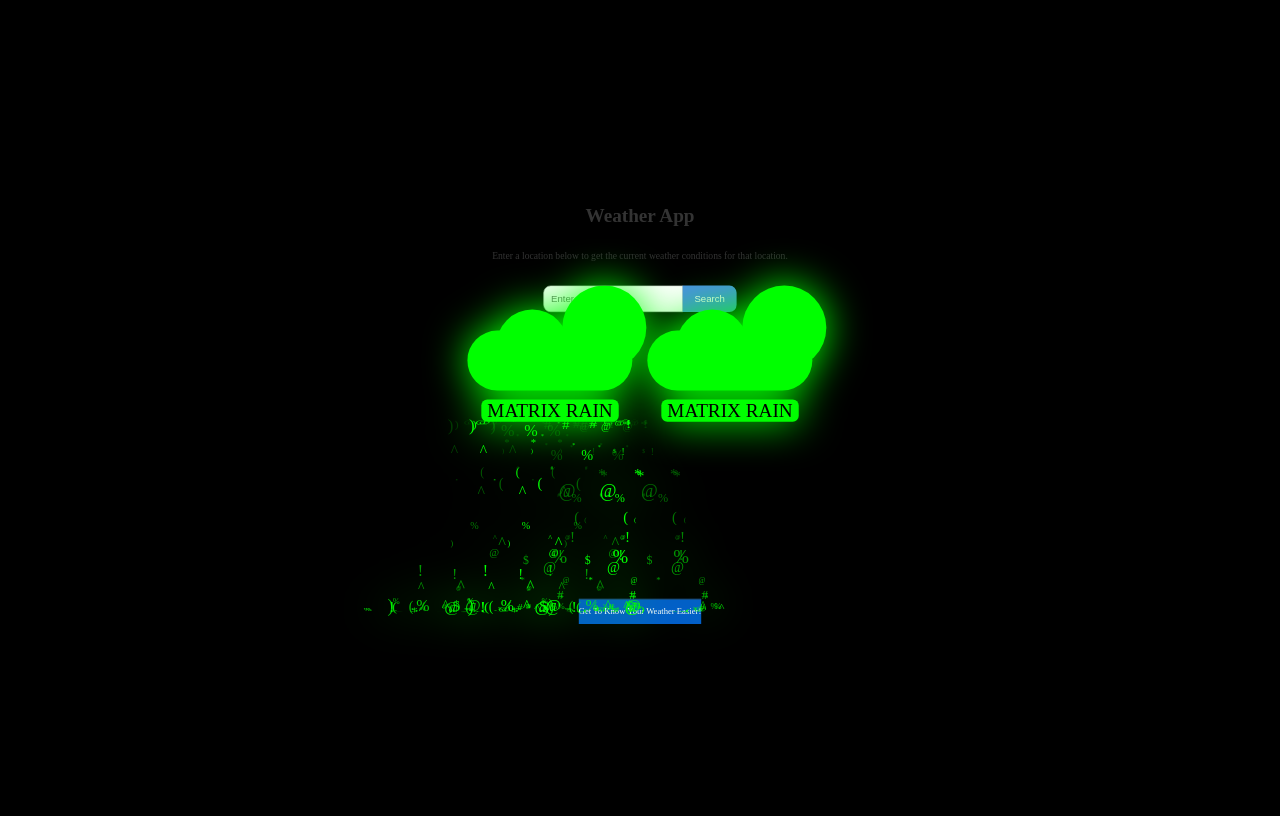
Repository: AlaaYou/Weather-App
Page: index.html
An editor plug-in stored every save of this project. The page is shown before and after the next save, followed by the edit.
The browser window is 1280 px wide. The pictures show the whole page.

Above is the page before, as saved 2024-10-20 23:43:02.

After the next save:
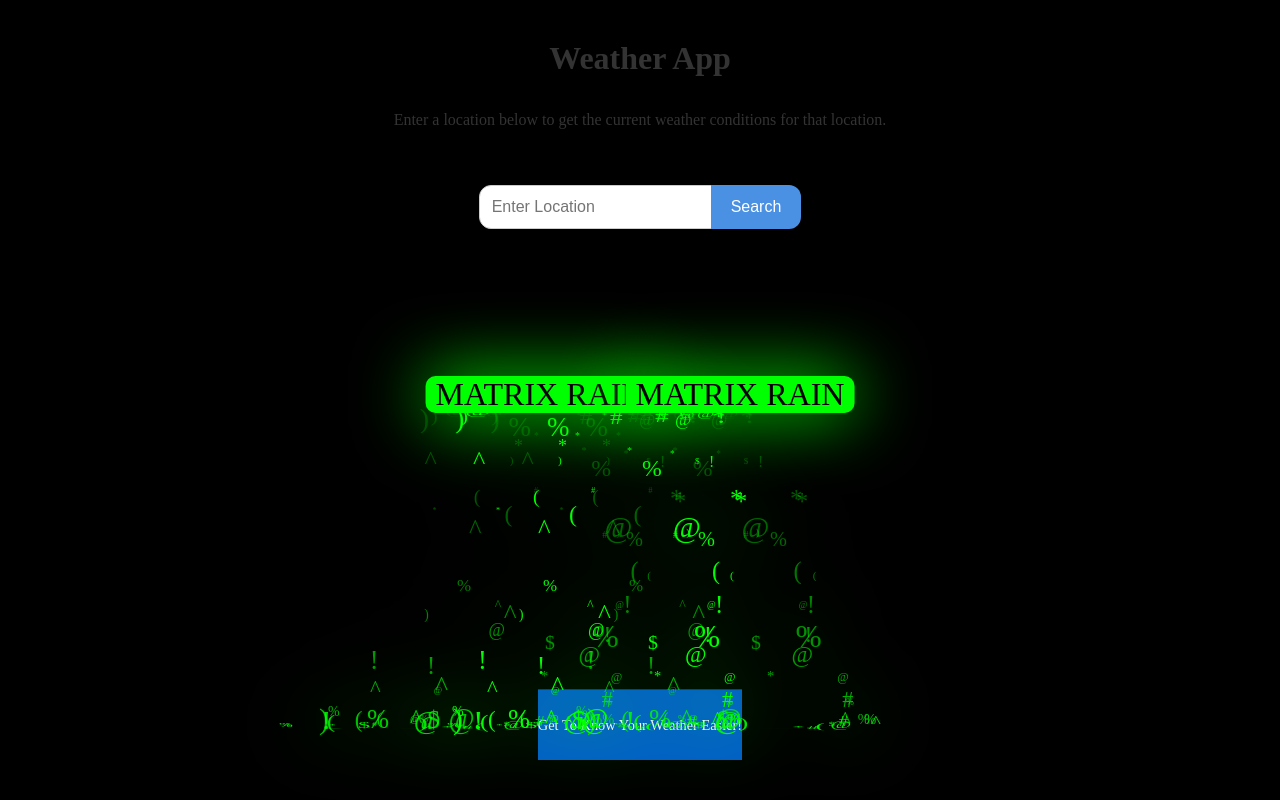
Saved 55 s later.
--- a/styles.css
+++ b/styles.css
@@ -1,12 +1,11 @@
 @import url('https://fonts.googleapis.com/css2?family=Poppins:ital,wght@0,100;0,200;0,300;0,400;0,500;0,600;0,700;0,800;0,900;1,100;1,200;1,300;1,400;1,500;1,600;1,700;1,800;1,900&display=swap');
 
-body,
-h1,
-:root{
+:root {
   --clr: #0f0;
 }
 
-p {
+body,
+h1 {
   margin: 0;
   padding: 0;
 }
@@ -14,15 +13,12 @@ p {
 body {
   display: flex;
   flex-direction: column;
-  min-height: 90vh;
-  background-color: #f0f1f6;
-  padding: 40px 0;
+  min-height: 100vh;
+  background: #000;
   color: #333;
   justify-content: center;
   align-items: center;
-  min-height: 100vh;
-  background: #000;
-  transform: scale(0.6);
+  padding: 40px 0;
 }
 
 main {
@@ -49,9 +45,10 @@ input[type="text"] {
   width: auto;
   margin-right: -1px;
 }
+
 button {
   background-color: #4a90e3;
-  color: #ffff;
+  color: #fff;
   border: none;
   border-radius: 0 12px 12px 0;
   padding: 13px 20px;
@@ -87,43 +84,37 @@ button:hover {
   font-size: 1.2em;
   margin-top: 20px;
 }
+
 #loading {
   color: #4a90e3;
 }
+
 #error {
   color: red;
 }
+
 footer {
   text-align: center;
   background-color: #035dcb;
-  color: #ffff;
+  color: #fff;
   padding: 12px 0;
   border-top: 1px solid #333;
   font-size: 0.9em;
 }
+
 .container {
   position: relative;
   top: 100px;
   height: 400px;
   width: 100%;
   display: flex;
-  justify-content: center;
-  animation: animateColor 5s linear infinite ;
-}
-
-@keyframes animateColor {
-  0%{
-      filter: hue-rotate(0deg);
-  }
-  100%{
-      filter: hue-rotate(360deg);
-  }
+  justify-content: space-between; /* Aligns children to the sides */
+  animation: animateColor 5s linear infinite;
 }
 
 .container .cloud {
   position: relative;
-  width: 300px;
-  /* height: 300px; */
+  width: 200px; /* Adjusted width to fit better */
   z-index: 100;
   filter: drop-shadow(0 0 35px var(--clr));
 }
@@ -137,71 +128,62 @@ footer {
   font-size: 2em;
   z-index: 1000;
   font-weight: 400;
-  padding:0 10px;
+  padding: 0 10px;
   border-radius: 10px;
   text-transform: uppercase;
   background: var(--clr);
 }
 
-.container .cloud h2::before {
-  content: '';
-  position: absolute;
-  top: -115px;
-  left: 50%;
-  transform: translateX(-50%);
-  border-radius: 100px;
-  width: 120%;
-  height: 100px;
-  background: var(--clr);
+.left-cloud {
+  margin-left: 20px; /* Adjust for spacing */
 }
 
-.container .cloud h2::after{
-  content: '';
-  position: absolute;
-  top: -150px;
-  left: 25px;
-  width: 120px;
-  height: 120px;
-  border-radius: 50%;
-  background: var(--clr);
-  box-shadow: 120px -30px 0 10px var(--clr);
+.right-cloud {
+  margin-right: 20px; /* Adjust for spacing */
 }
 
-.container .cloud .drop{
-position: absolute;
-top: 60px;
-height: 20px;
-line-height: 20px;
-color: var(--clr);
-transform-origin: bottom;
-animation: animate 2s linear infinite;
+@keyframes animateColor {
+  0% {
+    filter: hue-rotate(0deg);
+  }
+  100% {
+    filter: hue-rotate(360deg);
+  }
+}
+
+.cloud .drop {
+  position: absolute;
+  top: 60px;
+  height: 20px;
+  line-height: 20px;
+  color: var(--clr);
+  transform-origin: bottom;
+  animation: animate 2s linear infinite;
 }
 
 @keyframes animate {
-  0%{
-      transform: translateY(0) scaleY(0);
-      transform-origin: top;
+  0% {
+    transform: translateY(0) scaleY(0);
+    transform-origin: top;
   }
-  10%{
-      transform: translateY(0) scaleY(0.25);
-      transform-origin: top;
+  10% {
+    transform: translateY(0) scaleY(0.25);
+    transform-origin: top;
   }
-  20%{
-      transform: translateY(0) scaleY(1);
-      /* transform-origin: top; */
+  20% {
+    transform: translateY(0) scaleY(1);
   }
-
-  70%{
-      transform: translateY(300px) scaleY(1);
-      transform-origin: bottom;
+  70% {
+    transform: translateY(300px) scaleY(1);
+    transform-origin: bottom;
   }
-  80%{
-      transform: translateY(300px) scaleY(1);
-      transform-origin: bottom;
+  80% {
+    transform: translateY(300px) scaleY(1);
+    transform-origin: bottom;
   }
-  100%{
-      transform: translateY(300px) scaleY(0);
-      transform-origin: bottom;
-      text-shadow: -180px 0 0 var(--clr), 180px 0 var(--clr);
+  100% {
+    transform: translateY(300px) scaleY(0);
+    transform-origin: bottom;
+    text-shadow: -180px 0 0 var(--clr), 180px 0 var(--clr);
   }
 }
